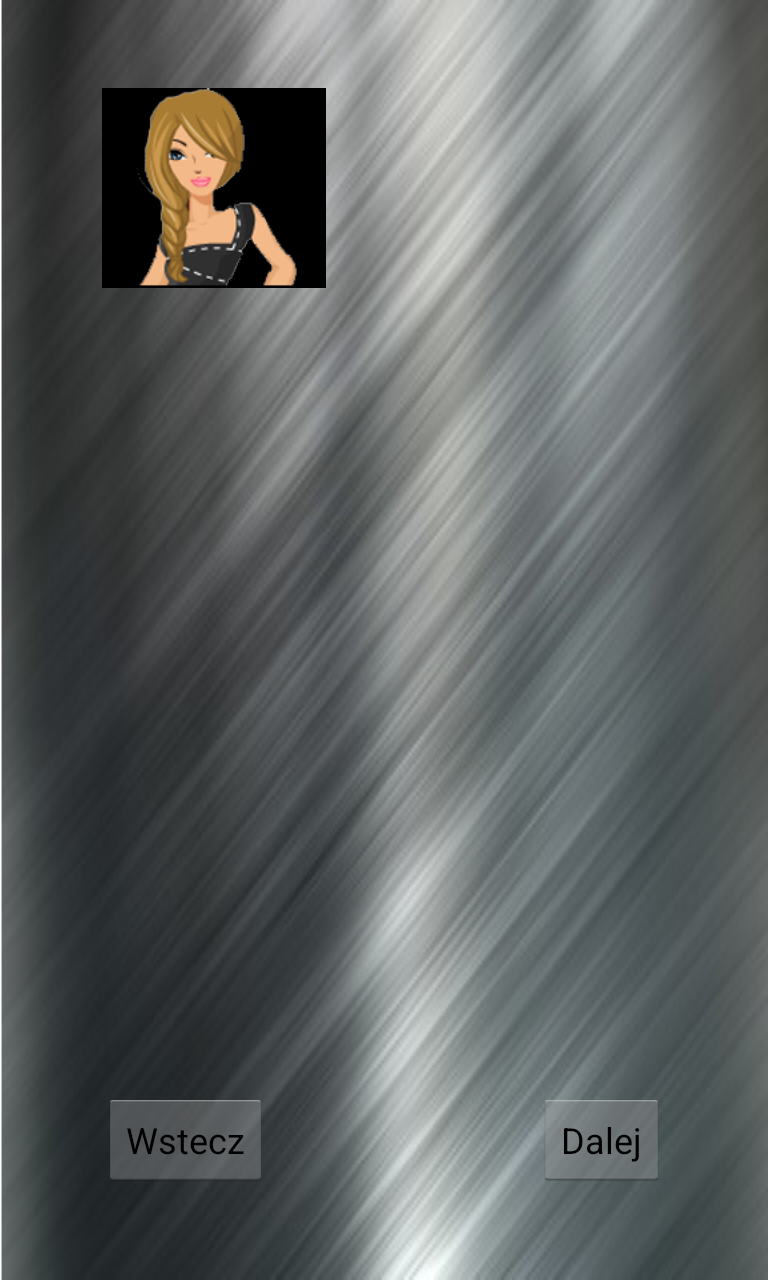
Repository: KrzysztofWolinski/WiesFight_Project
Layout: WiesFight/res/layout/activity_tutarial.xml
An editor plug-in stored every save of this project. The layout is shown before and after the next save, followed by the edit.
It is drawn on a 768 x 1280 px phone screen (xhdpi) without system bars, with theme AppTheme; the app's code is not run.

Above is the layout before, as saved 2014-11-17 18:21:54.

### WiesFight/res/layout/activity_tutarial.xml
<RelativeLayout xmlns:android="http://schemas.android.com/apk/res/android"
    xmlns:tools="http://schemas.android.com/tools"
    android:layout_width="match_parent"
    android:layout_height="match_parent"
    android:background="@drawable/bg"
    android:paddingBottom="@dimen/activity_vertical_margin"
    android:paddingLeft="@dimen/activity_horizontal_margin"
    android:paddingRight="@dimen/activity_horizontal_margin"
    android:paddingTop="@dimen/activity_vertical_margin"
    tools:context="${relativePackage}.${activityClass}" >

    <Button
        android:id="@+id/btnBack"
        android:layout_width="wrap_content"
        android:layout_height="wrap_content"
        android:layout_alignParentBottom="true"
        android:layout_alignParentLeft="true"
        android:layout_marginBottom="30dp"
        android:layout_marginLeft="35dp"
        android:text="@string/back" />

    <Button
        android:id="@+id/btnNext"
        android:layout_width="wrap_content"
        android:layout_height="wrap_content"
        android:layout_alignBaseline="@+id/btnBack"
        android:layout_alignBottom="@+id/btnBack"
        android:layout_alignParentRight="true"
        android:layout_marginRight="35dp"
        android:text="@string/next" />

    <ImageView
        android:id="@+id/imgTutorial"
        android:layout_width="wrap_content"
        android:layout_height="wrap_content"
        android:layout_alignLeft="@+id/btnBack"
        android:layout_alignParentTop="true"
        android:layout_marginTop="28dp"
        android:src="@drawable/blachara"
        android:contentDescription="@string/desc" />

    <TextView
        android:id="@+id/txtTutorial"
        android:layout_width="wrap_content"
        android:layout_height="wrap_content"
        android:layout_alignTop="@+id/imgTutorial"
        android:layout_marginLeft="15dp"
        android:layout_toRightOf="@+id/imgTutorial"
        android:textColor="@android:color/white" />

</RelativeLayout>

### WiesFight/res/values/strings.xml
<?xml version="1.0" encoding="utf-8"?>
<resources xmlns:android="http://schemas.android.com/apk/res/android">

    <string name="app_name">WiesFight</string>
    <string name="hello_world">Hello world!</string>
    <string name="action_settings">Settings</string>
    <string name="title_activity_posts">PostsActivity</string>
    <string name="title_activity_login">LoginActivity</string>
    <string name="logo">logo</string>
    <string name="wybierz">wybierz</string>
    <string name="walka">walka</string>
    <string name="sklep">sklep</string>
    <string name="ustawienia">ustawienia</string>
    <string name="title_activity_fight">FightActivity</string>
    <string name="title_activity_shop">ShopActivity</string>
    <string name="title_activity_settings">SettingsActivity</string>
    <string name="nickHint">Podaj nick</string>
    <string name="avatar">avatar</string>
    <string name="lewy">lewy</string>
    <string name="prawy">prawy</string>
    <string name="ramka">ramka</string>
    <string name="desc">obrazek</string>
    <string name="yes">Tak</string>
    <string name="no">Nie</string>
    <string name="ok">OK</string>
    <string name="next">Dalej</string>
    <string name="back">Wstecz</string>
    <string name="instruction">tutaj instrukcja jak grać</string>
    <string name="noInternetConnection">Połącz się z internetem i spróbuj ponownie.</string>
    <string name="confirmExit">Czy na pewno chcesz wyjść z gry?</string>
    <string name="confirmDelete">Czy na pewno chcesz usunąć postać? Nie będzie już możliwości jej przywrócenia</string>
    <string name="confirmLeaveFight">Jeżeli opuścisz walkę, przegrasz. Czy na pewno chcesz to zrobić?</string>
    <string name="title_activity_start">StartActivity</string>
    <string name="trening">Trening</string>
    <string name="title_activity_pre_fight">PreFightActivity</string>
    <string name="title_activity_tutarial">TutarialActivity</string>

</resources>

Loaded but not shown: WiesFight/res/values/styles.xml (common file); WiesFight/res/values-v11/styles.xml (common file); WiesFight/res/values-v14/styles.xml (common file); WiesFight/res/values/dimens.xml (common file); WiesFight/res/values-w820dp/dimens.xml (common file)

After the next save:
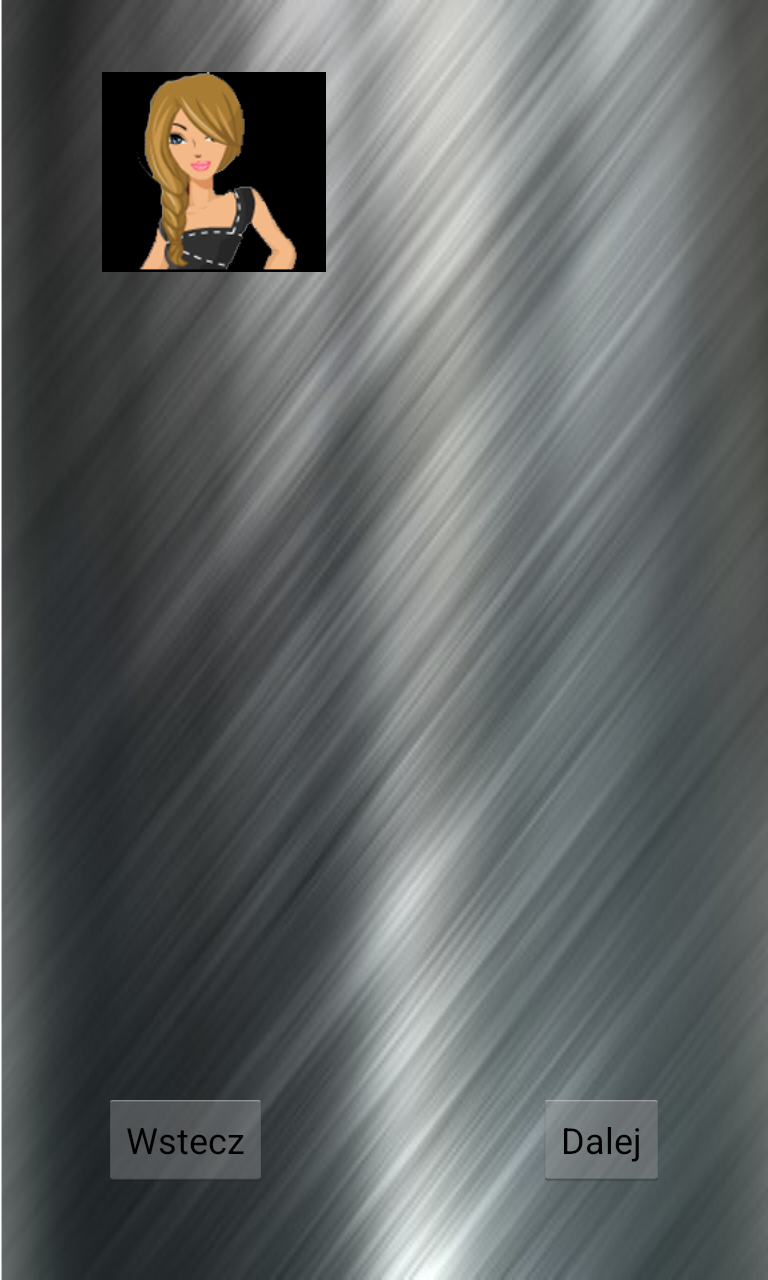
Saved 7 s later.
--- a/WiesFight/res/layout/activity_tutarial.xml
+++ b/WiesFight/res/layout/activity_tutarial.xml
@@ -35,7 +35,7 @@
         android:layout_height="wrap_content"
         android:layout_alignLeft="@+id/btnBack"
         android:layout_alignParentTop="true"
-        android:layout_marginTop="28dp"
+        android:layout_marginTop="20dp"
         android:src="@drawable/blachara"
         android:contentDescription="@string/desc" />
 
